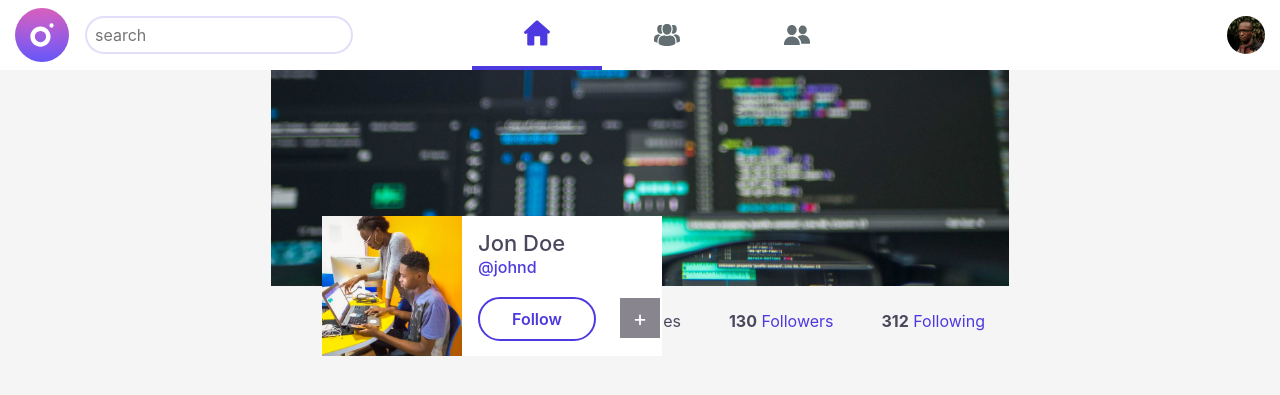
Repository: Flovet-stack/memic
Page: admin-profile.html
The author's editor kept a copy of each file at every save. The page is drawn from the files as they stood at one save, then again after the next save.
The browser window is 1280 px wide. The pictures show the whole page.
Some web fonts or font styles are not loaded; a fallback is used.

Above is the page before, as saved 2020-10-28 10:25:50.
Console error: TypeError: Cannot read properties of undefined (reading 'fn')

After the next save:
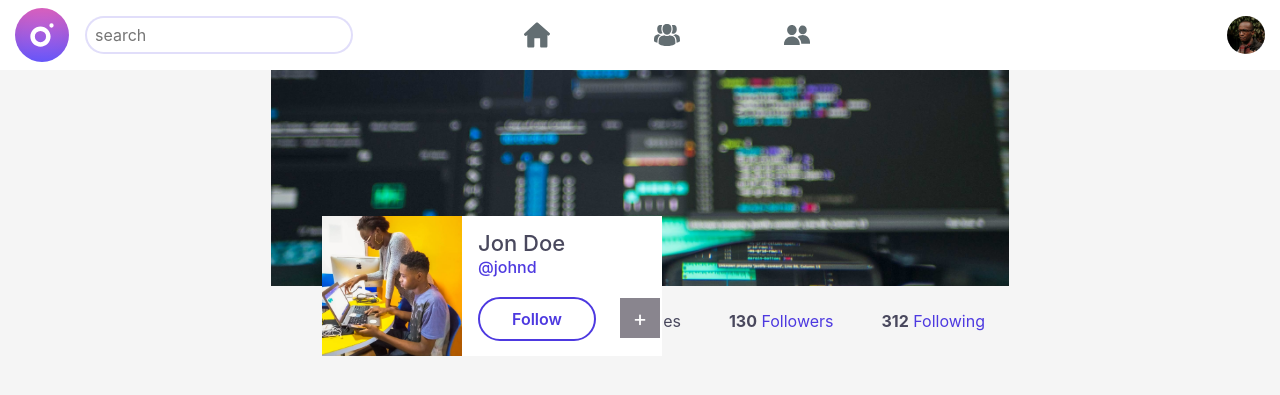
Saved 106 s later.
--- a/admin-profile.html
+++ b/admin-profile.html
@@ -28,7 +28,7 @@
                 </form>
             </div>
             <div class="home-head-sec-2">
-                <a data-toggle="tooltip" title="Home" class="active" href="#">
+                <a data-toggle="tooltip" title="Home" href="#">
                     <img class="primary-icon" src="assets/icons/house.svg" alt="">
                     <img class="secondary-icon" src="assets/icons/house-primary.svg" alt="">
                 </a>
